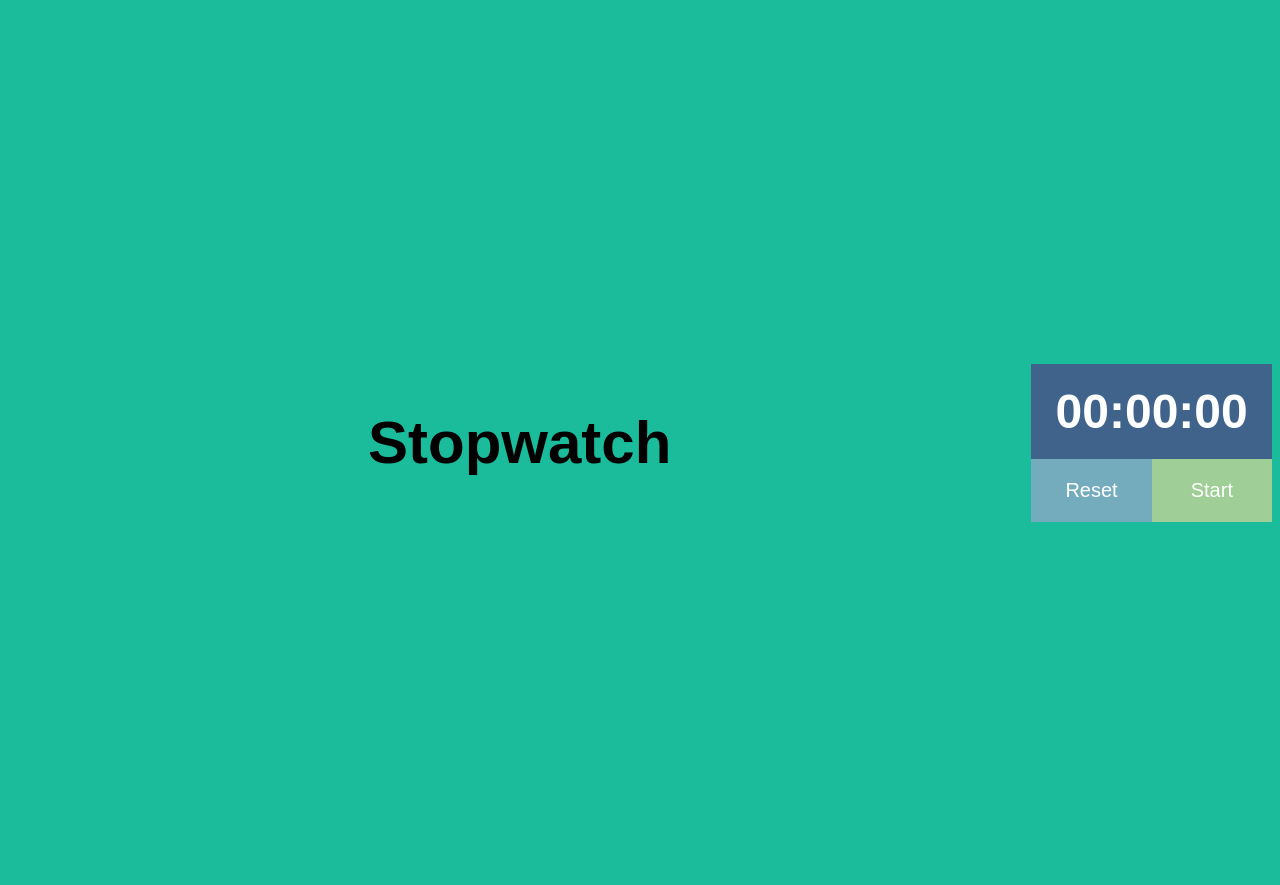
Repository: pilar122/stopwatch
Page: index.html
These files come from the project's save history. The page is drawn as it stood at one moment and after the next save; the edit follows.
The browser window is 1280 px wide. The pictures show the whole page.

Above is the page before, as saved 2022-06-19 12:53:51.

After the next save:
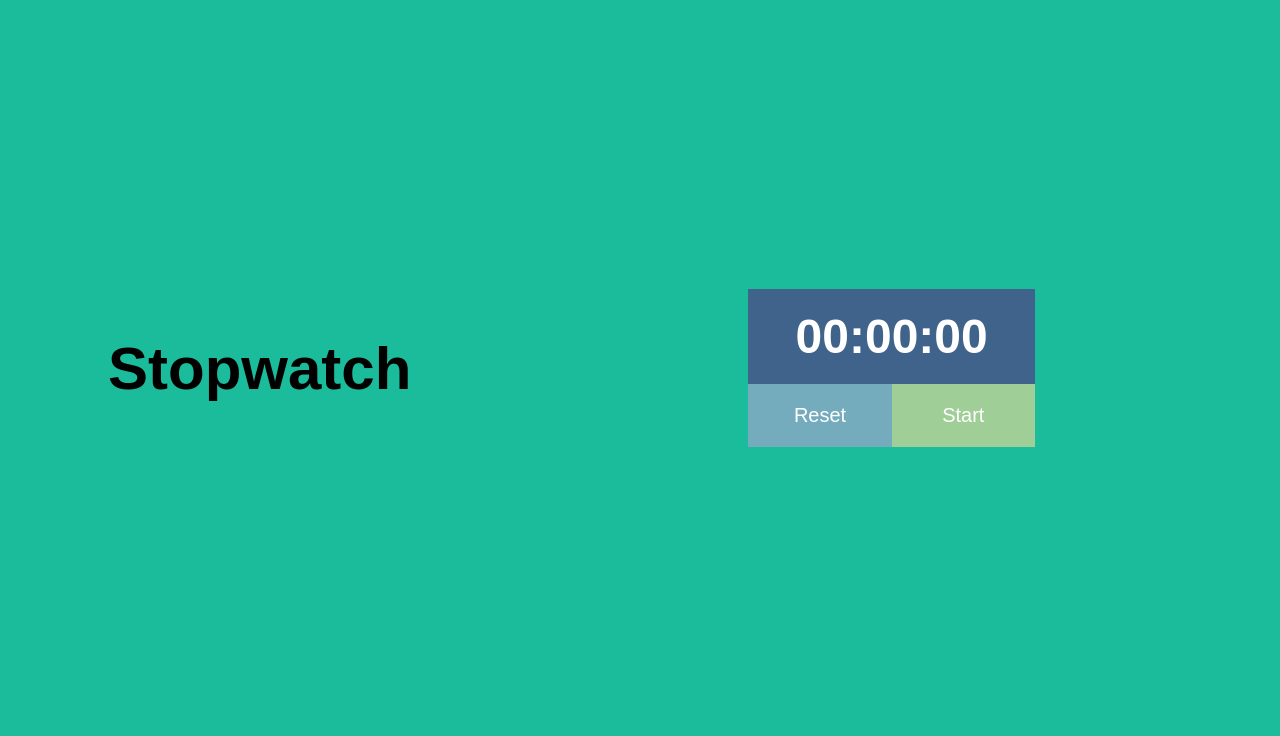
Saved 13 s later.
--- a/stopwatch.css
+++ b/stopwatch.css
@@ -52,7 +52,7 @@
   }
 
   .header {
-    padding: 360px;
+    padding: 100px;
     text-align: center;
     font-size: 30px;
   }
